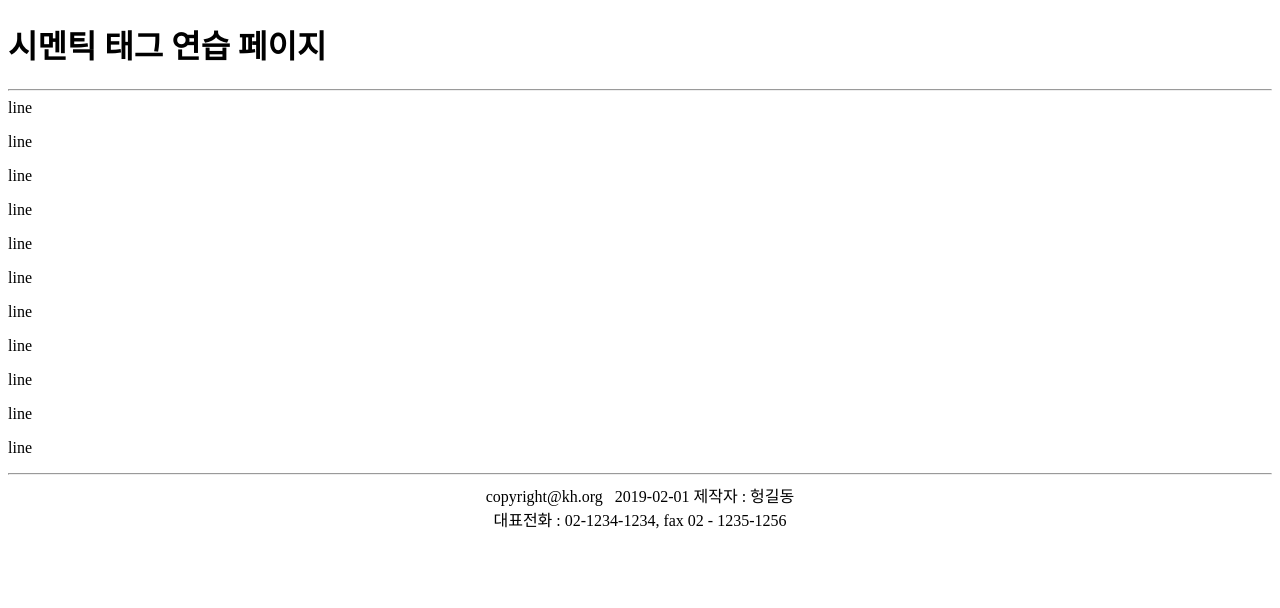
Repository: seokhoyoun/HTML_CSS
Page: html5Projects/web/views/testSimentics.html
The author's editor kept a copy of each file at every save. The page is drawn from the files as they stood at one save, then again after the next save.
The browser window is 1280 px wide. The pictures show the whole page.

Above is the page before, as saved 2019-02-01 08:21:20.

After the next save:
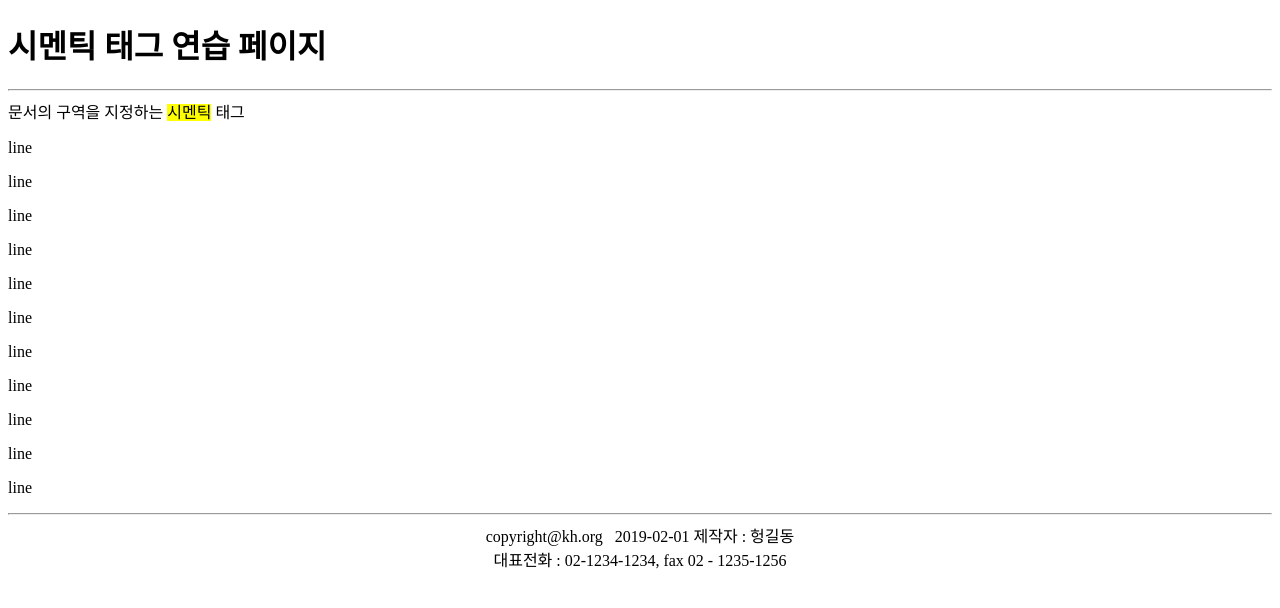
Saved 73 s later.
--- a/html5Projects/web/views/testSimentics.html
+++ b/html5Projects/web/views/testSimentics.html
@@ -10,6 +10,7 @@
 </header>
 <hr>
 <section>
+문서의 구역을 지정하는 <mark>시멘틱</mark> 태그<p/>
 
 </section>
 line <p/>
